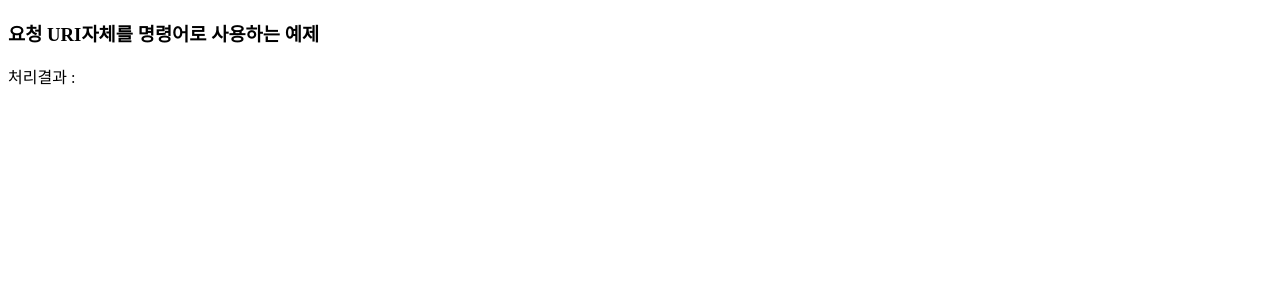
Repository: Tak-kuen/18-2
Page: http://localhost/studyjsp/ch17/process.jsp
The author's editor kept a copy of each file at every save. The page is drawn from the files as they stood at one save, then again after the next save.
The browser window is 1280 px wide. The pictures show the whole page.
The page is served by Tomcat 9.

Above is the page before, as saved 2018-11-08 02:25:37.

After the next save:
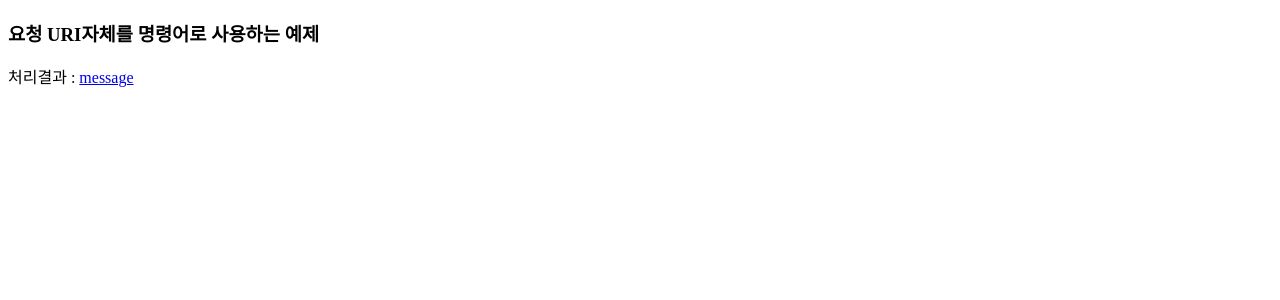
Saved 21 s later.
--- a/code/studyjsp/WebContent/ch17/process.jsp
+++ b/code/studyjsp/WebContent/ch17/process.jsp
@@ -9,5 +9,6 @@
 <body>
 <h3>요청 URI자체를 명령어로 사용하는 예제</h3>
 <p>처리결과 : ${requestScope.message}
+<a href="ch17/mesasge.do">message</a>
 </body>
 </html>

After the 2 saves that followed:
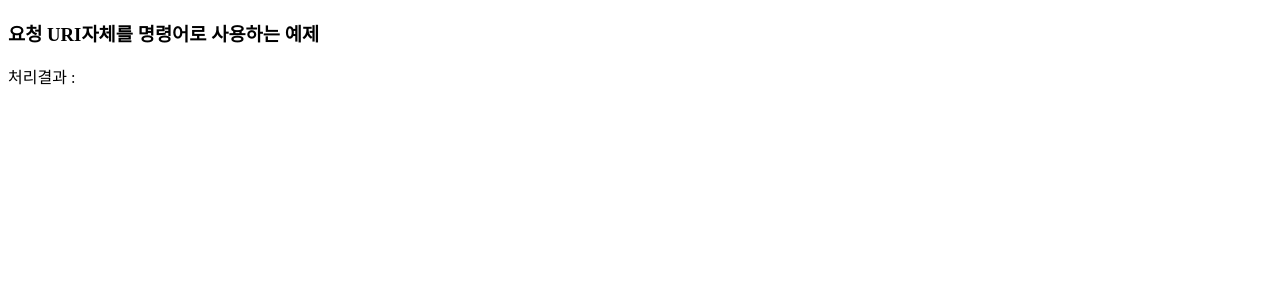
The 2 saves are shown as one change because 1 left the picture as it was.
The last was saved 69 s later.
--- a/code/studyjsp/WebContent/ch17/process.jsp
+++ b/code/studyjsp/WebContent/ch17/process.jsp
@@ -9,6 +9,5 @@
 <body>
 <h3>요청 URI자체를 명령어로 사용하는 예제</h3>
 <p>처리결과 : ${requestScope.message}
-<a href="ch17/mesasge.do">message</a>
 </body>
 </html>
